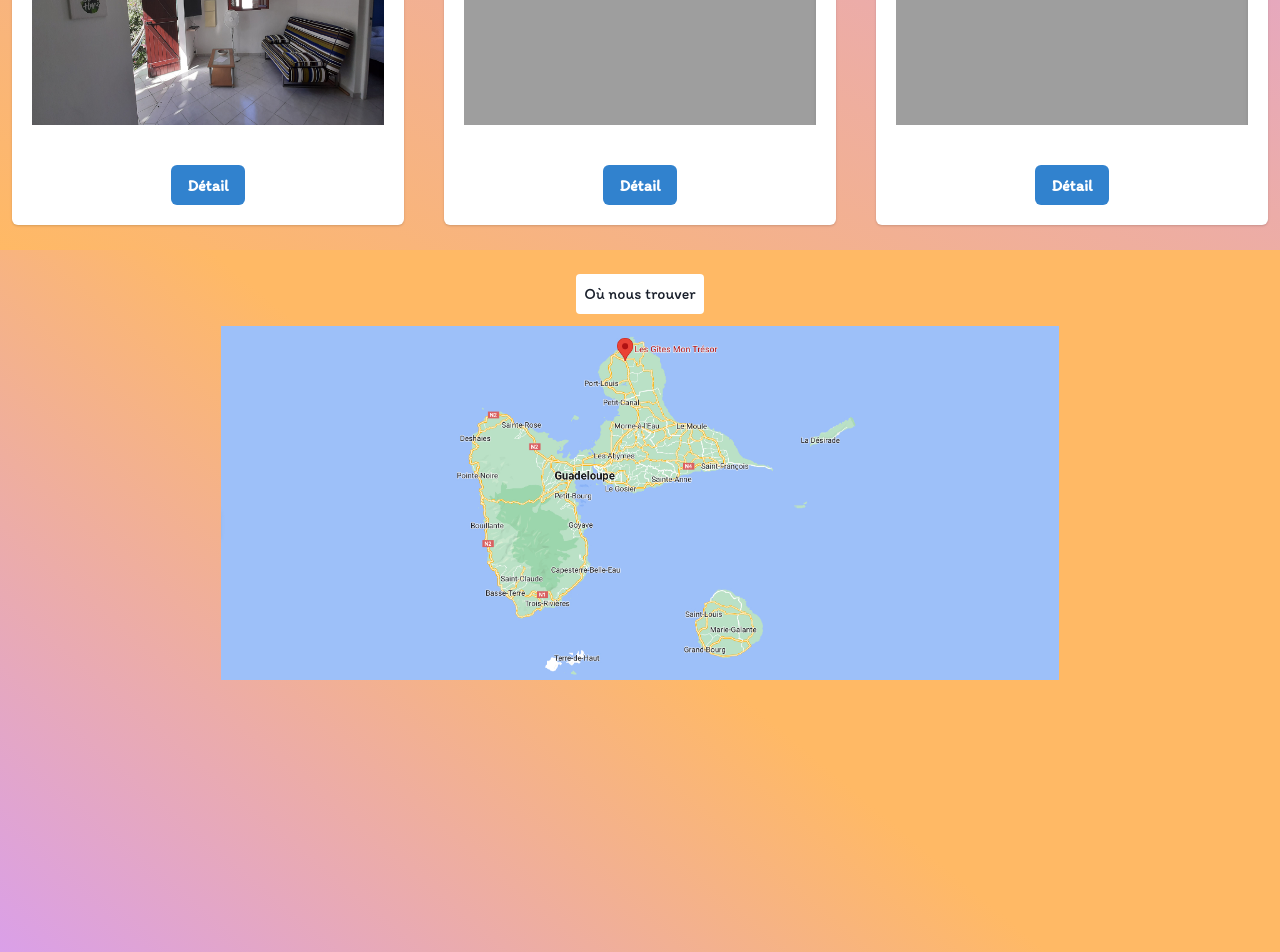
Repository: All-Khwarizmi/gites-v2
Page: /
These files come from the project's save history. The page is drawn as it stood at one moment and after a run of saves; the edit follows.
The browser window is 1280 px wide. The pictures show the part of the page from y = 1190 to 2142 px (the page is 2160 px tall).
Pictures or frames that could not be fetched are drawn as grey boxes. The project was rebuilt for these pictures with package versions that can differ from the ones it lists, and the page was loaded fresh each time. The framework's server and built-in components were replaced by stand-ins that run in the browser. Also part of the build but not shown: next.config.js, next.config.mjs.

Above is the page before, as saved 2023-02-03 19:17:46.

After the next 3 saves:
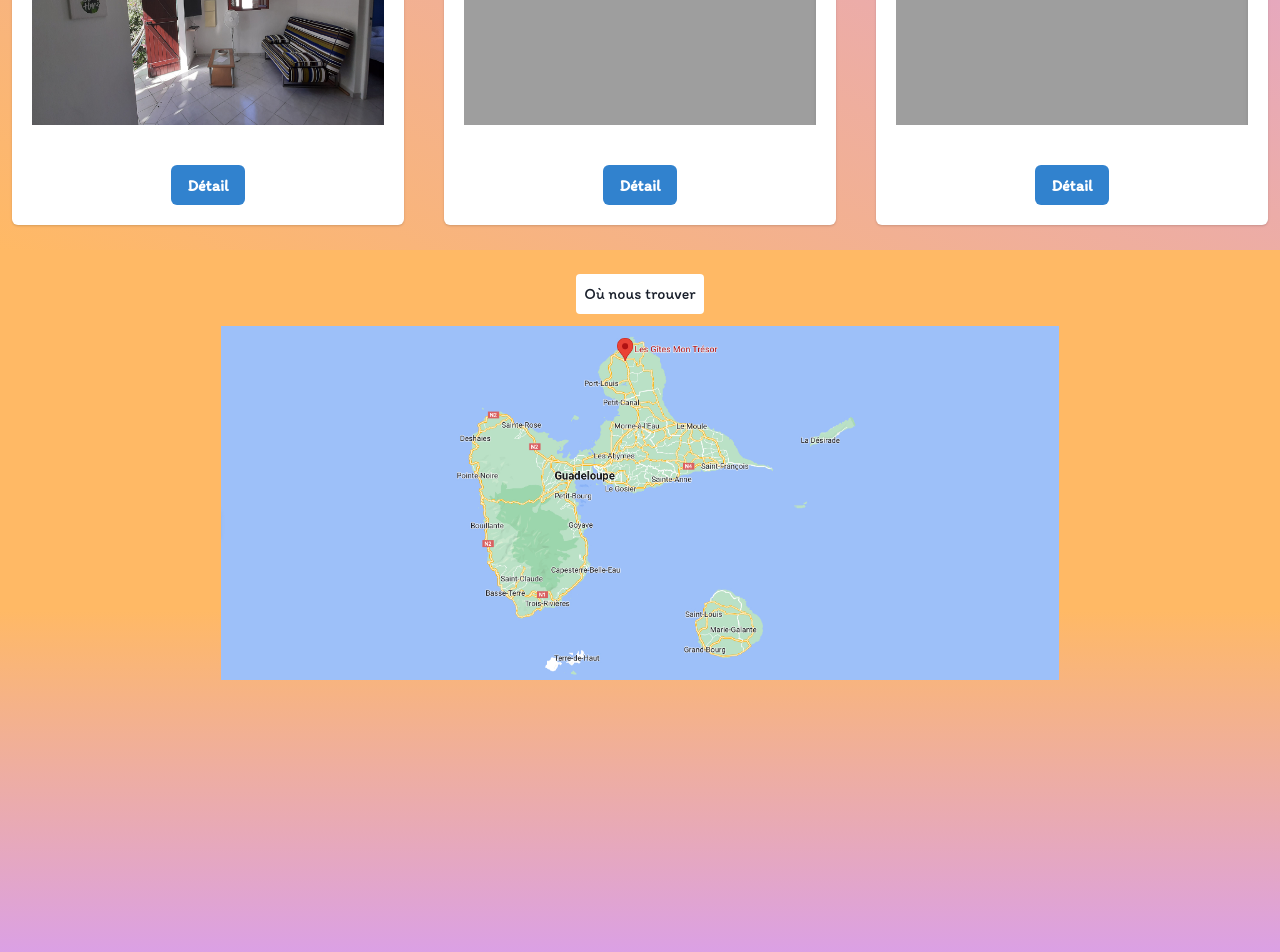
The 3 saves are shown as one change because they came seconds apart.
The last was saved 31 s later.
--- a/src/styles/globals.css
+++ b/src/styles/globals.css
@@ -43,7 +43,7 @@ body {
 }
 .section-2 {
   background-image: linear-gradient(
-    2200deg,
+    360deg,
    var(--colorTwo) 0%,
     var(--colorOne) 50%
   );
